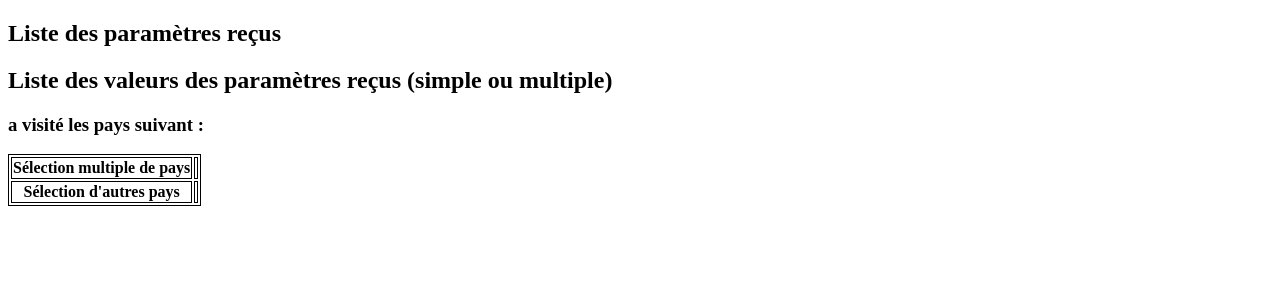
Repository: big73/NFE114
Page: http://localhost/Seance3_params_JSP/afficheForm.jsp
These files come from the project's save history. The page is drawn as it stood at one moment and after the next save; the edit follows.
The browser window is 1280 px wide. The pictures show the whole page.
The page is served by Tomcat 9.

Above is the page before, as saved 2015-12-28 14:57:38.

### Seance3_params_JSP/WebContent/afficheForm.jsp
<%@ page language="java" contentType="text/html; charset=UTF-8" pageEncoding="UTF-8"%>
<%@ taglib uri="http://java.sun.com/jsp/jstl/core" prefix="c" %>
<%@ taglib uri="http://java.sun.com/jsp/jstl/functions" prefix="fn" %>
<!DOCTYPE html PUBLIC "-//W3C//DTD HTML 4.01 Transitional//EN" "http://www.w3.org/TR/html4/loose.dtd">
<html>
<head>
<meta http-equiv="Content-Type" content="text/html; charset=UTF-8">
<title>Traitement des paramètres</title>
<link rel="stylesheet" href="css/style.css">
</head>
<body>

	<h2>Liste des paramètres reçus</h2>

		<c:forEach var="parametre" items="${param}">
			<c:out value="${parametre.key}" />
			<c:out value="${parametre.value }" /><br>
		</c:forEach>

	<h2>Liste des valeurs des paramètres reçus (simple ou multiple)</h2>
	<ul>
		<c:forEach var="par" items="${paramValues }">
			<c:set var="typeParam" value="${(fn:length(par.value) > 1) ? 'multiple' : 'simple' }" />
			<li>
				<c:out value="paramètre ${par.key } est de type : ${typeParam }" /><br>
				valeur :
				<c:forEach var="valParam" items="${par.value}">
					<c:out value="${valParam }"></c:out>
				</c:forEach>
			</li>
		</c:forEach>
	</ul>

	<h3>
		<c:out value="${param.prenom} ${param.nom } a visité les pays suivant :" />
	</h3>
	<table border="1">
		<tr>
			<th>Sélection multiple de pays</th>
			<td>

			</td>
		</tr>
		<tr>
			<th>Sélection d'autres pays</th>
			<td>

			</td>
		</tr>
	</table>


</body>
</html>

### Seance3_params_JSP/WebContent/css/style.css
li,div
{
	margin : 20px;
}
table, th, td {
    border: 1px solid black;
}

After the next save:
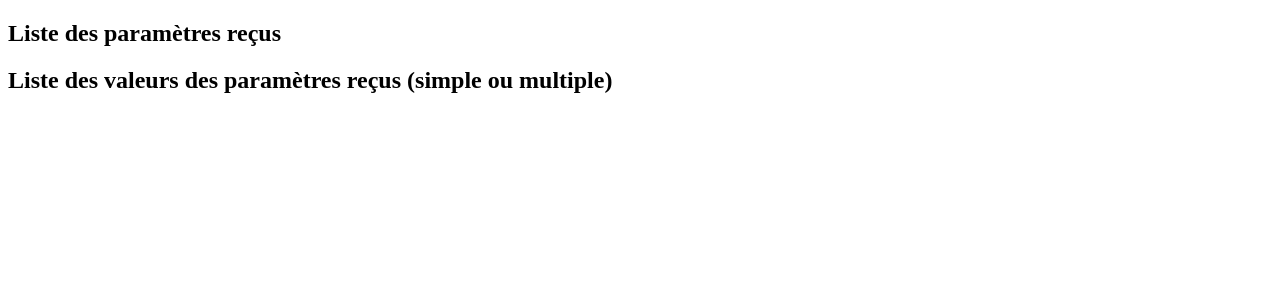
Saved 3 min 34 s later.
--- a/Seance3_params_JSP/WebContent/afficheForm.jsp
+++ b/Seance3_params_JSP/WebContent/afficheForm.jsp
@@ -31,24 +31,29 @@
 		</c:forEach>
 	</ul>
 
-	<h3>
-		<c:out value="${param.prenom} ${param.nom } a visité les pays suivant :" />
-	</h3>
-	<table border="1">
-		<tr>
-			<th>Sélection multiple de pays</th>
-			<td>
+	<div>
+	<c:choose>
+		<c:when test="">
+		<h3>
+			<c:out value="${param.prenom} ${param.nom } a visité les pays suivant :" />
+		</h3>
+		<table border="1">
+			<tr>
+				<th>Sélection multiple de pays</th>
+				<td>
 
-			</td>
-		</tr>
-		<tr>
-			<th>Sélection d'autres pays</th>
-			<td>
+				</td>
+			</tr>
+			<tr>
+				<th>Sélection d'autres pays</th>
+				<td>
 
-			</td>
-		</tr>
-	</table>
-
+				</td>
+			</tr>
+		</table>
+		</c:when>
+	</c:choose>
+	</div>
 
 </body>
 </html>
